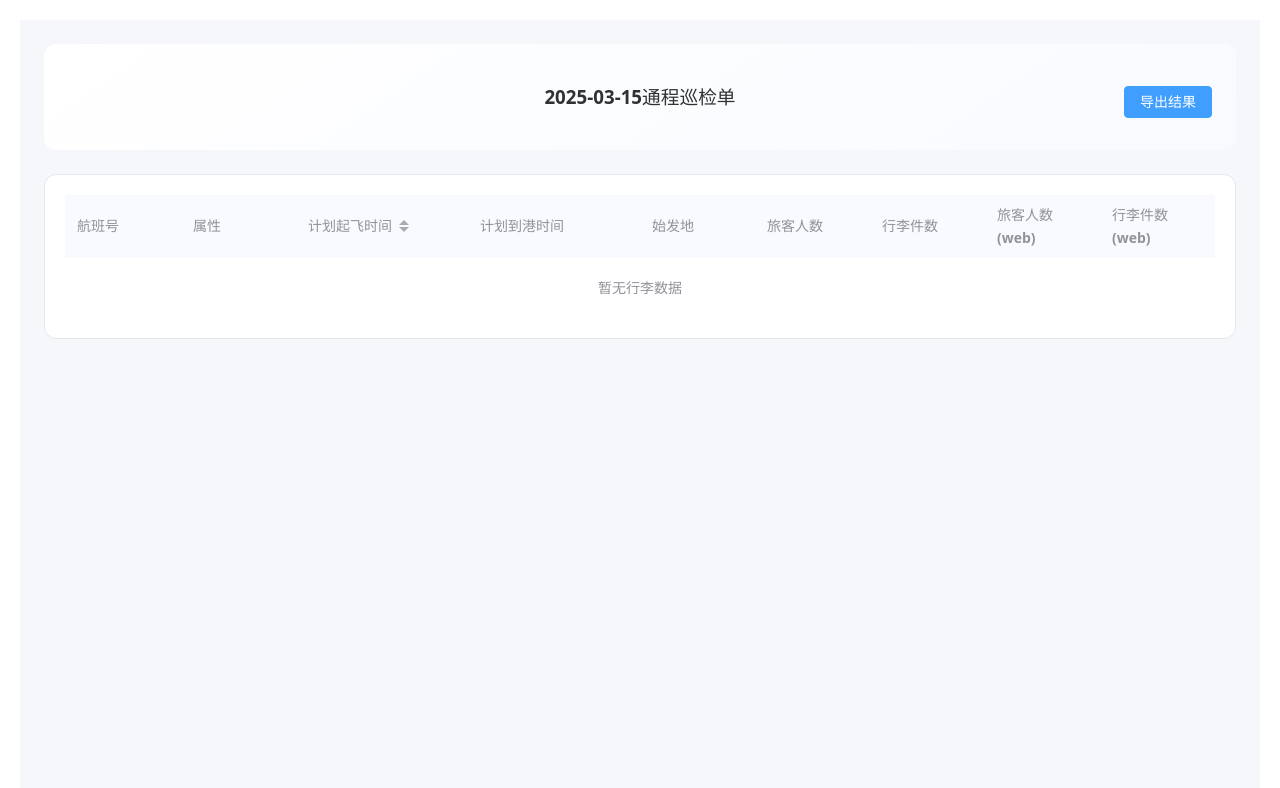
Repository: jhonMacTavish/through-baggage-info-check
Page: / (app in web/)
These files come from the project's save history. The page is drawn as it stood at one moment and after the next save; the edit follows.
The browser window is 1280 px wide. The pictures show the whole page.
The page's requests for data from a server got no answer. The project was rebuilt for these pictures with package versions that can differ from the ones it lists, and the page was loaded fresh each time. No one was signed in, and anything a server would have sent is missing. Also part of the build but not shown: web/vite.config.js.

Above is the page before, as saved 2025-07-08 06:21:58.

### web/index.html
<!--
 * @Author: john_mactavish 981192661@qq.com
 * @Date: 2025-03-12 09:20:58
 * @LastEditors: john_mactavish 981192661@qq.com
 * @LastEditTime: 2025-03-27 14:43:42
 * @FilePath: \passengerInfoSearch\web\index.html
 * @Description: 这是默认设置,请设置`customMade`, 打开koroFileHeader查看配置 进行设置: https://github.com/OBKoro1/koro1FileHeader/wiki/%E9%85%8D%E7%BD%AE
-->
<!doctype html>
<html lang="en">
  <head>
    <meta charset="UTF-8" />
    <link rel="icon" type="image/svg+xml" href="/vite.svg" />
    <meta name="viewport" content="width=device-width, initial-scale=1.0" />
    <title>通程行李信息查询</title>
  </head>
  <body>
    <div id="app"></div>
    <script type="module" src="/src/main.js"></script>
  </body>
</html>

### web/src/main.js
/*
 * @Author: john_mactavish 981192661@qq.com
 * @Date: 2025-03-12 09:20:58
 * @LastEditors: john_mactavish 981192661@qq.com
 * @LastEditTime: 2025-03-12 09:31:55
 * @FilePath: \passengerInfoSearch\web\src\main.js
 * @Description: 这是默认设置,请设置`customMade`, 打开koroFileHeader查看配置 进行设置: https://github.com/OBKoro1/koro1FileHeader/wiki/%E9%85%8D%E7%BD%AE
 */
import { createApp } from 'vue'
import './style.css'
import ElementPlus from 'element-plus'
import 'element-plus/dist/index.css'
import App from './App.vue'

createApp(App).use(ElementPlus).mount('#app')

### web/src/style.css
:root {
  font-family: system-ui, Avenir, Helvetica, Arial, sans-serif;
  line-height: 1.5;
  font-weight: 400;

  color-scheme: light dark;
  color: rgba(255, 255, 255, 0.87);
  background-color: #242424;

  font-synthesis: none;
  text-rendering: optimizeLegibility;
  -webkit-font-smoothing: antialiased;
  -moz-osx-font-smoothing: grayscale;
}

a {
  font-weight: 500;
  color: #646cff;
  text-decoration: inherit;
}
a:hover {
  color: #535bf2;
}

body {
  margin: 0;
  display: flex;
  place-items: center;
  min-width: 320px;
  min-height: 100vh;
}

h1 {
  font-size: 3.2em;
  line-height: 1.1;
}

button {
  border-radius: 8px;
  border: 1px solid transparent;
  padding: 0.6em 1.2em;
  font-size: 1em;
  font-weight: 500;
  font-family: inherit;
  background-color: #1a1a1a;
  cursor: pointer;
  transition: border-color 0.25s;
}
button:hover {
  border-color: #646cff;
}
button:focus,
button:focus-visible {
  outline: 4px auto -webkit-focus-ring-color;
}

.card {
  padding: 2em;
}

#app {
  box-sizing: border-box;
  width: 100vw;
  height: 100vh;
  margin: 0 auto;
  padding: 20px;
  /* text-align: center; */
}

@media (prefers-color-scheme: light) {
  :root {
    color: #213547;
    background-color: #ffffff;
  }
  a:hover {
    color: #747bff;
  }
  button {
    background-color: #f9f9f9;
  }
}

### web/src/App.vue
<!--
 * @Author: john_mactavish 981192661@qq.com
 * @Date: 2025-03-27 10:00:48
 * @LastEditors: john_mactavish 981192661@qq.com
 * @LastEditTime: 2025-03-31 08:54:22
 * @FilePath: \through-baggage-webe:\projects_vscode\company\through-baggage-info-check\web\src\App.vue
 * @Description: 这是默认设置,请设置`customMade`, 打开koroFileHeader查看配置 进行设置: https://github.com/OBKoro1/koro1FileHeader/wiki/%E9%85%8D%E7%BD%AE
-->
<script setup>
import { onMounted, ref } from 'vue'
import { ElMessage } from 'element-plus'
import FileSaver from 'file-saver'
import * as XLSX from 'xlsx'
import * as XLSXStyle from 'xlsx-js-style';
import axios from 'axios'
import { dayjs } from 'element-plus'

const tableData = ref([])
const loading = ref(false)
console.log(dayjs().hour(), dayjs().subtract(1, 'day').format('YYYY-MM-DD'));
const date = dayjs().hour() < 9 ? dayjs().subtract(1, 'day').format('YYYY-MM-DD') : dayjs().format('YYYY-MM-DD')

const getData = async () => {
  try {
    const { data } = await axios.get("/api/queryThroughBaggageInfo", {
      params: {}
    });
    if (data.data.length == 0) {
      ElMessage.warning(`没有通程行李信息`)
      reset()
    } else {
      tableData.value = data.data.map(item => ({
        ...item,
        TIME_START_PLAN: dayjs(item.TIME_START_PLAN).format('YYYY-MM-DD HH:mm:ss'),
        TIME_TERMINAL_PLAN: dayjs(item.TIME_TERMINAL_PLAN).format('YYYY-MM-DD HH:mm:ss')
      }));

      await axios.get("/api/statistics/flightInfo").then(res => {
        const checkData = res.data.obj;
        if (checkData.length != 0) {
          tableData.value.forEach(item => {
            checkData.forEach(checkItem => {
              if (item.FLIGHT_NO_FULL == checkItem.inFlightNo && item.TIME_START_PLAN == dayjs(checkItem.timeStartPlan).format('YYYY-MM-DD HH:mm:ss')) {
                item.PASSENGER_COUNT_WEB = checkItem.passengerTotal ? checkItem.passengerTotal : '/';
                item.BAGGAGE_COUNT_WEB = checkItem.piece ? checkItem.piece : '/';
                item.PASSENGER_COUNT != checkItem.passengerTotal || item.BAGGAGE_COUNT != checkItem.piece ? item.warningStyle = true : '';
              }
            })
          })
          const currentTime = dayjs().format('YYYY-MM-DD HH:mm:ss');
          tableData.value.forEach(item => {
            item.PASSENGER_COUNT ? '' : item.TIME_START_PLAN <= currentTime ? item.PASSENGER_COUNT = '/' : '';
            item.BAGGAGE_COUNT ? '' : item.TIME_START_PLAN <= currentTime ? item.BAGGAGE_COUNT = '/' : '';
            item.PASSENGER_COUNT_WEB ? '' : item.TIME_START_PLAN <= currentTime ? item.PASSENGER_COUNT_WEB = '/' : '';
            item.BAGGAGE_COUNT_WEB ? '' : item.TIME_START_PLAN <= currentTime ? item.BAGGAGE_COUNT_WEB = '/' : '';
          })
        }
      })
    }


  } catch (error) {
    console.log(error);
    ElMessage.error(`通程行李信息获取失败: ${error.message}`)
  }
}

const exportExcel = async () => {
  try {
    // 1. 加载模板
    const response = await fetch('/template.xlsx')
    const arrayBuffer = await response.arrayBuffer()

    // 2. 读取模板文件
    const workbook = XLSXStyle.read(arrayBuffer, { type: 'array', cellStyles: true })

    // 3. 定义居中样式
    const centerStyle = {
      alignment: {
        horizontal: "center",
        vertical: "center"
      },
      // 保留模板原有边框样式（根据实际模板调整）
      // border: {
      //   top: { style: 'thin' },
      //   bottom: { style: 'thin' },
      //   left: { style: 'thin' },
      //   right: { style: 'thin' }
      // }
    }

    // 4. 获取工作表
    const worksheet = workbook.Sheets[workbook.SheetNames[0]]

    // 5. 创建带样式的单元格
    const createCell = (value, isWarning = false) => {
      const style = isWarning
        ? { ...centerStyle, fill: { fgColor: { rgb: "FFFF0000" } } }
        : centerStyle

      return {
        v: value,
        t: typeof value === 'number' ? 'n' : 's',
        s: style
      }
    }

    // 6. 填充数据
    tableData.value.forEach((item, index) => {
      const row = index + 6 // 从第7行开始填充数据
      const isWarningRow = item.warningStyle

      // 创建单元格对象
      const cells = {
        // A: createCell(''), // 空列
        B: createCell(item.FLIGHT_NO_FULL, isWarningRow),
        C: createCell(item.ATTRIBUTE, isWarningRow),
        D: createCell(item.TIME_START_PLAN, isWarningRow),
        E: createCell(item.TIME_TERMINAL_PLAN, isWarningRow),
        F: createCell(item.AIRPORT_START, isWarningRow),
        G: createCell(item.PASSENGER_COUNT, isWarningRow),
        H: createCell(item.BAGGAGE_COUNT, isWarningRow),
        I: createCell(item.PASSENGER_COUNT_WEB, isWarningRow),
        J: createCell(item.BAGGAGE_COUNT_WEB, isWarningRow)
      }

      // 将单元格加入工作表
      Object.entries(cells).forEach(([col, cell]) => {
        const cellAddress = XLSXStyle.utils.encode_cell({ c: col.charCodeAt(0) - 65, r: row })
        worksheet[cellAddress] = cell
      })
    })

    // 7. 处理合并单元格的样式
    if (worksheet['!merges']) {
      console.log(worksheet);
      worksheet.C1.h = `${date}值班日通程数据提取检查`;
      worksheet.C1.r = `${date}值班日通程数据提取检查`;
      worksheet.C1.v = `${date}值班日通程数据提取检查`;
      worksheet.C1.w = `${date}值班日通程数据提取检查`;

      worksheet['!merges'].forEach(merge => {
        for (let r = merge.s.r; r <= merge.e.r; r++) {
          for (let c = merge.s.c; c <= merge.e.c; c++) {
            const cellAddress = XLSXStyle.utils.encode_cell({ r, c })
            if (!worksheet[cellAddress]) continue
            worksheet[cellAddress].s = {
              ...worksheet[cellAddress].s,
              ...centerStyle
            }
          }
        }
      })
    }

    // 8. 生成文件并保存
    const wbout = XLSXStyle.write(workbook, {
      bookType: 'xlsx',
      type: 'binary',
      bookSST: true
    })

    // 二进制转换函数
    const s2ab = s => {
      const buf = new ArrayBuffer(s.length)
      const view = new Uint8Array(buf)
      for (let i = 0; i < s.length; i++) view[i] = s.charCodeAt(i) & 0xff
      return buf
    }

    FileSaver.saveAs(
      new Blob([s2ab(wbout)], { type: 'application/octet-stream' }),
      `${date}通程行李检查单.xlsx`
    )

    ElMessage.success("导出成功！")
  } catch (error) {
    console.error("导出失败:", error)
    ElMessage.error("导出失败，请检查模板文件！")
  }
}

const tableRowClassName = ({ row }) => {
  if (row.warningStyle) {
    return 'warning-row';
  }
}

onMounted(() => {
  getData();
})

</script>

<template>
  <div class="container">
    <el-container>
      <!-- 头部区域 -->
      <el-header class="header-wrapper">
        <el-card shadow="hover" class="header-card">
          <!-- <Header @emitSearch="queryPassenger" @emitReset="reset" /> -->
          <h3 class="hader-title">{{ date }}通程巡检单</h3>
          <el-button type="primary" class="btn-seal" @click="exportExcel">导出结果</el-button>
        </el-card>
      </el-header>

      <!-- 主内容区域 -->
      <el-main class="main-wrapper">
        <!-- 乘客信息卡片 -->
        <el-card shadow="hover" class="table-card">
          <el-skeleton :loading="loading" :rows="6" animated>
            <el-table id="educe-table" :data="tableData" stripe highlight-current-row
              :row-class-name="tableRowClassName" empty-text="暂无行李数据">
              <el-table-column prop="FLIGHT_NO_FULL" label="航班号" />
              <el-table-column prop="ATTRIBUTE" label="属性" />
              <el-table-column prop="TIME_START_PLAN" label="计划起飞时间" min-width="120px" sortable />
              <el-table-column prop="TIME_TERMINAL_PLAN" label="计划到港时间" min-width="120px" />
              <el-table-column prop="AIRPORT_START" label="始发地" />
              <el-table-column prop="PASSENGER_COUNT" label="旅客人数" />
              <el-table-column prop="BAGGAGE_COUNT" label="行李件数" />
              <el-table-column prop="PASSENGER_COUNT_WEB" label="旅客人数(web)" />
              <el-table-column prop="BAGGAGE_COUNT_WEB" label="行李件数(web)" />
            </el-table>
          </el-skeleton>
        </el-card>
      </el-main>
    </el-container>
  </div>
</template>

<style scoped lang="scss">
.container {
  max-width: 1440px;
  margin: 0 auto;
  padding: 24px;
  background: #f5f7fa;
  min-height: 100vh;
}

.header-wrapper {
  height: auto;
  padding: 0;
  margin-bottom: 24px;

  .header-card {
    position: relative;
    border-radius: 12px;
    background: linear-gradient(145deg, #ffffff 0%, #f8faff 100%);
    border: none;

    .hader-title {
      text-align: center;
    }

    .btn-seal {
      position: absolute;
      right: 24px;
      top: 40%;
    }
  }
}

.main-wrapper {
  padding: 0;

  .table-card {
    border-radius: 12px;
    margin-bottom: 24px;
    transition: box-shadow 0.3s ease;

    &:hover {
      box-shadow: 0 6px 18px rgba(0, 0, 0, 0.08);
    }

    :deep(.el-table) {
      --el-table-border-color: transparent;
      --el-table-header-bg-color: #f8fafd;
    }
  }
}

.custom-divider {
  margin: 32px 0;
  color: #909399;

  .divider-text {
    margin: 0 12px;
    font-size: 14px;
    font-weight: 500;
  }

  .el-icon {
    vertical-align: middle;
  }
}

.name-btn {
  font-weight: 500;
  transition: all 0.2s;

  &:hover {
    transform: translateX(3px);
    color: var(--el-color-primary) !important;
  }
}

.pass-photo {
  // width: 120px;
  // height: 80px;
  border-radius: 6px;
  box-shadow: 0 2px 8px rgba(0, 0, 0, 0.1);
  transition: transform 0.3s;

  &:hover {
    transform: scale(1.03);
    cursor: zoom-in;
  }
}

.image-error {
  @apply flex flex-col items-center justify-center h-full text-gray-400;

  .el-icon {
    font-size: 24px;
    margin-bottom: 8px;
  }
}
</style>

<style>
.el-table .warning-row {
  color: red;
  --el-table-tr-bg-color: var(--el-color-warning-light-9);
}
</style>

After the next save:
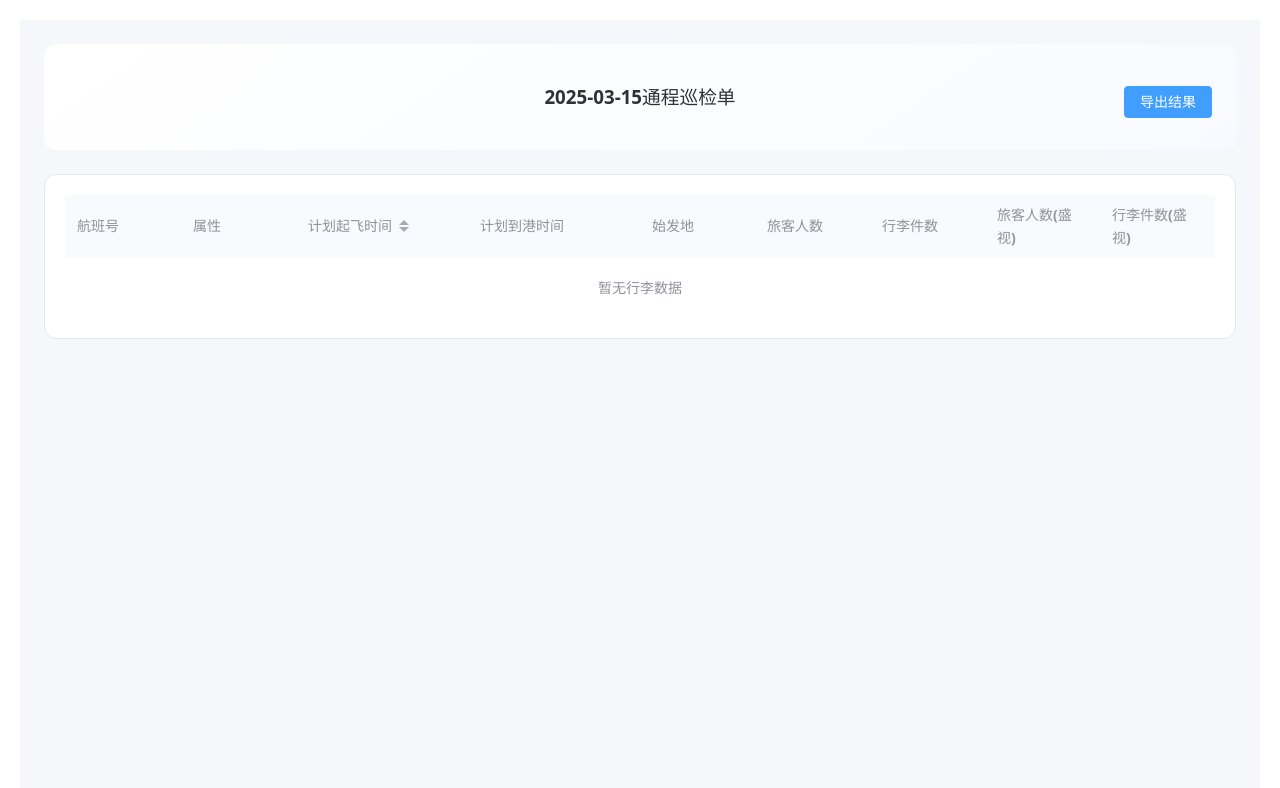
Saved 2 h 17 min later.
--- a/web/src/App.vue
+++ b/web/src/App.vue
@@ -2,7 +2,7 @@
  * @Author: john_mactavish 981192661@qq.com
  * @Date: 2025-03-27 10:00:48
  * @LastEditors: john_mactavish 981192661@qq.com
- * @LastEditTime: 2025-03-31 08:54:22
+ * @LastEditTime: 2025-07-08 08:39:05
  * @FilePath: \through-baggage-webe:\projects_vscode\company\through-baggage-info-check\web\src\App.vue
  * @Description: 这是默认设置,请设置`customMade`, 打开koroFileHeader查看配置 进行设置: https://github.com/OBKoro1/koro1FileHeader/wiki/%E9%85%8D%E7%BD%AE
 -->
@@ -11,50 +11,102 @@ import { onMounted, ref } from 'vue'
 import { ElMessage } from 'element-plus'
 import FileSaver from 'file-saver'
 import * as XLSX from 'xlsx'
+import isBetween from 'dayjs/plugin/isBetween';
+import dayjs from 'dayjs'
 import * as XLSXStyle from 'xlsx-js-style';
 import axios from 'axios'
-import { dayjs } from 'element-plus'
+// import { dayjs } from 'element-plus'
+dayjs.extend(isBetween);
 
 const tableData = ref([])
 const loading = ref(false)
 console.log(dayjs().hour(), dayjs().subtract(1, 'day').format('YYYY-MM-DD'));
 const date = dayjs().hour() < 9 ? dayjs().subtract(1, 'day').format('YYYY-MM-DD') : dayjs().format('YYYY-MM-DD')
 
+function isWithinPast24Hours(time) {
+  const now = dayjs();
+  const target = dayjs(time);
+  const diffInMs = now.diff(target);
+
+  const currentHour = dayjs().hour()
+  const isMorningPeriod = currentHour < 9
+
+  return diffInMs > 0 && diffInMs < 24 * 60 * 60 * 1000;
+}
+
+function isTargetInRange(targetTime) {
+  const now = dayjs();
+  const today9am = now.startOf('day').add(9, 'hour');
+
+  let start, end;
+
+  if (now.isBefore(today9am)) {
+    // 当前时间在今日9点前，判断目标是否在 [昨天9点, 今天9点]
+    start = today9am.subtract(1, 'day');
+    end = today9am;
+  } else {
+    // 当前时间在今日9点后，判断目标是否在 [今天9点, 明天9点]
+    start = today9am;
+    end = today9am.add(1, 'day');
+  }
+
+  // 使用 isBetween 判断，并包含边界值
+  return dayjs(targetTime).isBetween(start, end, null, '[]');
+}
+
 const getData = async () => {
   try {
-    const { data } = await axios.get("/api/queryThroughBaggageInfo", {
-      params: {}
-    });
+    let { data } = await axios.get("/api/queryThroughBaggageInfo");
     if (data.data.length == 0) {
       ElMessage.warning(`没有通程行李信息`)
       reset()
     } else {
-      tableData.value = data.data.map(item => ({
-        ...item,
-        TIME_START_PLAN: dayjs(item.TIME_START_PLAN).format('YYYY-MM-DD HH:mm:ss'),
-        TIME_TERMINAL_PLAN: dayjs(item.TIME_TERMINAL_PLAN).format('YYYY-MM-DD HH:mm:ss')
-      }));
-
-      await axios.get("/api/statistics/flightInfo").then(res => {
-        const checkData = res.data.obj;
-        if (checkData.length != 0) {
-          tableData.value.forEach(item => {
-            checkData.forEach(checkItem => {
-              if (item.FLIGHT_NO_FULL == checkItem.inFlightNo && item.TIME_START_PLAN == dayjs(checkItem.timeStartPlan).format('YYYY-MM-DD HH:mm:ss')) {
-                item.PASSENGER_COUNT_WEB = checkItem.passengerTotal ? checkItem.passengerTotal : '/';
-                item.BAGGAGE_COUNT_WEB = checkItem.piece ? checkItem.piece : '/';
-                item.PASSENGER_COUNT != checkItem.passengerTotal || item.BAGGAGE_COUNT != checkItem.piece ? item.warningStyle = true : '';
-              }
-            })
+      console.log(data);
+      tableData.value.length = 0
+      data.data.forEach(item => {
+        let obj = {
+          ...item,
+          TIME_START_PLAN: dayjs(item.TIME_START_PLAN).format('YYYY-MM-DD HH:mm:ss'),
+          TIME_TERMINAL_PLAN: dayjs(item.TIME_TERMINAL_PLAN).format('YYYY-MM-DD HH:mm:ss')
+        }
+
+        if (isTargetInRange(obj.TIME_START_PLAN)) {
+          tableData.value.push(obj)
+        } else {
+          return null
+        }
+      });
+
+      let res = await axios.get("/api/statistics/flightInfo")
+      const webData = res.data.obj;
+      console.log(webData);
+      if (webData.length != 0) {
+        tableData.value.forEach(item => {
+          webData.forEach(webItem => {
+            if (item.FLIGHT_NO_FULL == webItem.inFlightNo && item.TIME_START_PLAN == dayjs(webItem.timeStartPlan).format('YYYY-MM-DD HH:mm:ss')) {
+              item.PASSENGER_COUNT = item.PASSENGER_COUNT == webItem.passengerTotal ? item.PASSENGER_COUNT : webItem.passengerTotal;
+              item.BAGGAGE_COUNT = item.BAGGAGE_COUNT == webItem.piece ? item.BAGGAGE_COUNT : webItem.piece;
+              // item.PASSENGER_COUNT != webItem.passengerTotal || item.BAGGAGE_COUNT != webItem.piece ? item.warningStyle = true : '';
+            }
           })
-          const currentTime = dayjs().format('YYYY-MM-DD HH:mm:ss');
-          tableData.value.forEach(item => {
-            item.PASSENGER_COUNT ? '' : item.TIME_START_PLAN <= currentTime ? item.PASSENGER_COUNT = '/' : '';
-            item.BAGGAGE_COUNT ? '' : item.TIME_START_PLAN <= currentTime ? item.BAGGAGE_COUNT = '/' : '';
-            item.PASSENGER_COUNT_WEB ? '' : item.TIME_START_PLAN <= currentTime ? item.PASSENGER_COUNT_WEB = '/' : '';
-            item.BAGGAGE_COUNT_WEB ? '' : item.TIME_START_PLAN <= currentTime ? item.BAGGAGE_COUNT_WEB = '/' : '';
-          })
-        }
+        })
+      } else {
+        ElMessage.warning(`没有通程航班`)
+      }
+
+      res = await axios.get("/flight/baggage")
+      console.log(res);
+      const json = JSON.parse(res.data)
+      const SSdata = json.data;
+      console.log(SSdata);
+      tableData.value.forEach(item => {
+        SSdata.forEach(SSitem => {
+          if (item.FLIGHT_NO_FULL == SSitem.flightNo && item.TIME_START_PLAN == dayjs(SSitem.timestartPlan).format('YYYY-MM-DD HH:mm:ss')) {
+            item.PASSENGER_COUNT_SS = SSitem.tcLkCount;
+            item.BAGGAGE_COUNT_SS = SSitem.tcPackageCount;
+            item.PASSENGER_COUNT != SSitem.tcLkCount || item.BAGGAGE_COUNT != SSitem.tcPackageCount ? item.warningStyle = true : '';
+          }
+        })
       })
     }
 
@@ -120,8 +172,8 @@ const exportExcel = async () => {
         F: createCell(item.AIRPORT_START, isWarningRow),
         G: createCell(item.PASSENGER_COUNT, isWarningRow),
         H: createCell(item.BAGGAGE_COUNT, isWarningRow),
-        I: createCell(item.PASSENGER_COUNT_WEB, isWarningRow),
-        J: createCell(item.BAGGAGE_COUNT_WEB, isWarningRow)
+        I: createCell(item.PASSENGER_COUNT_SS, isWarningRow),
+        J: createCell(item.BAGGAGE_COUNT_SS, isWarningRow)
       }
 
       // 将单元格加入工作表
@@ -218,8 +270,8 @@ onMounted(() => {
               <el-table-column prop="AIRPORT_START" label="始发地" />
               <el-table-column prop="PASSENGER_COUNT" label="旅客人数" />
               <el-table-column prop="BAGGAGE_COUNT" label="行李件数" />
-              <el-table-column prop="PASSENGER_COUNT_WEB" label="旅客人数(web)" />
-              <el-table-column prop="BAGGAGE_COUNT_WEB" label="行李件数(web)" />
+              <el-table-column prop="PASSENGER_COUNT_SS" label="旅客人数(盛视)" />
+              <el-table-column prop="BAGGAGE_COUNT_SS" label="行李件数(盛视)" />
             </el-table>
           </el-skeleton>
         </el-card>
